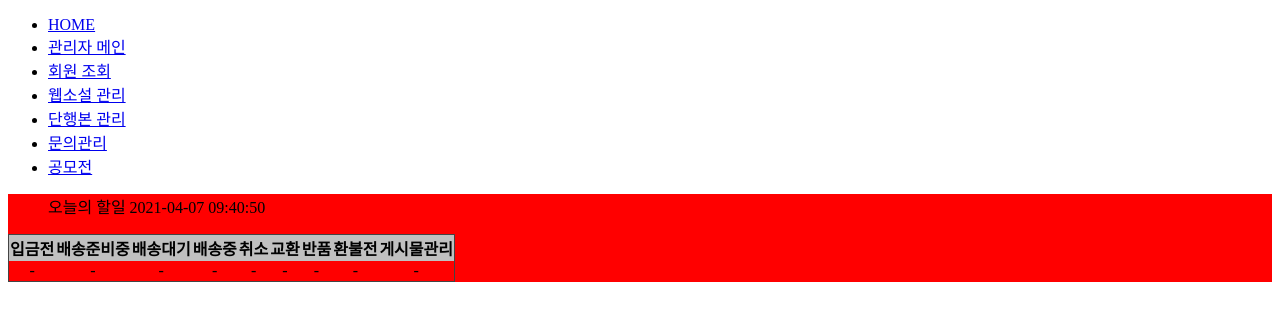
Repository: hoony0203/firstbook
Page: http://localhost/first_book/admin/main
An editor plug-in stored every save of this project. The page is shown before and after the next save, followed by the edit.
The browser window is 1280 px wide. The pictures show the whole page.
The page is served by Tomcat 9.

Above is the page before, as saved 2021-04-10 08:09:38.

After the next save:
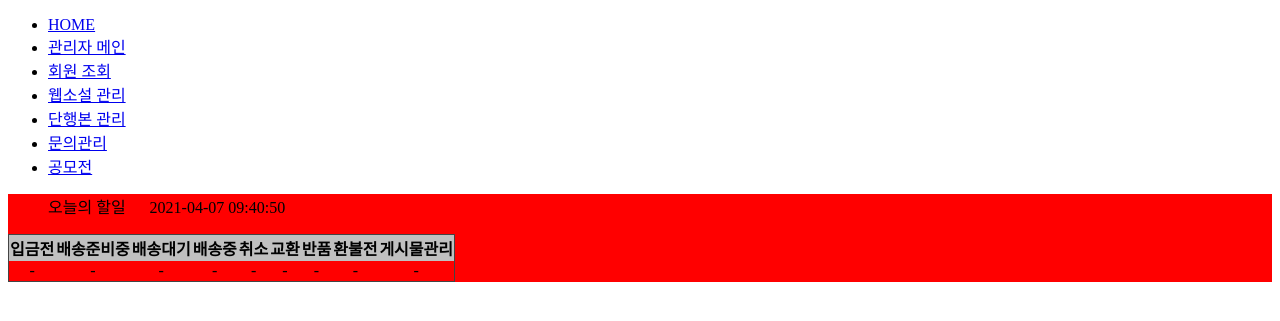
Saved 28 s later.
--- a/first_book/web/WEB-INF/views/admin/adminMain.jsp
+++ b/first_book/web/WEB-INF/views/admin/adminMain.jsp
@@ -30,7 +30,7 @@
 
 		<figure>
 			<figcaption>
-			오늘의 할일 		<c:out value="${sysYear}" />
+			오늘의 할일&nbsp;&nbsp;&nbsp;&nbsp;&nbsp;&nbsp;<c:out value="${sysYear}" />
 			</figcaption>
 		</figure>
 
